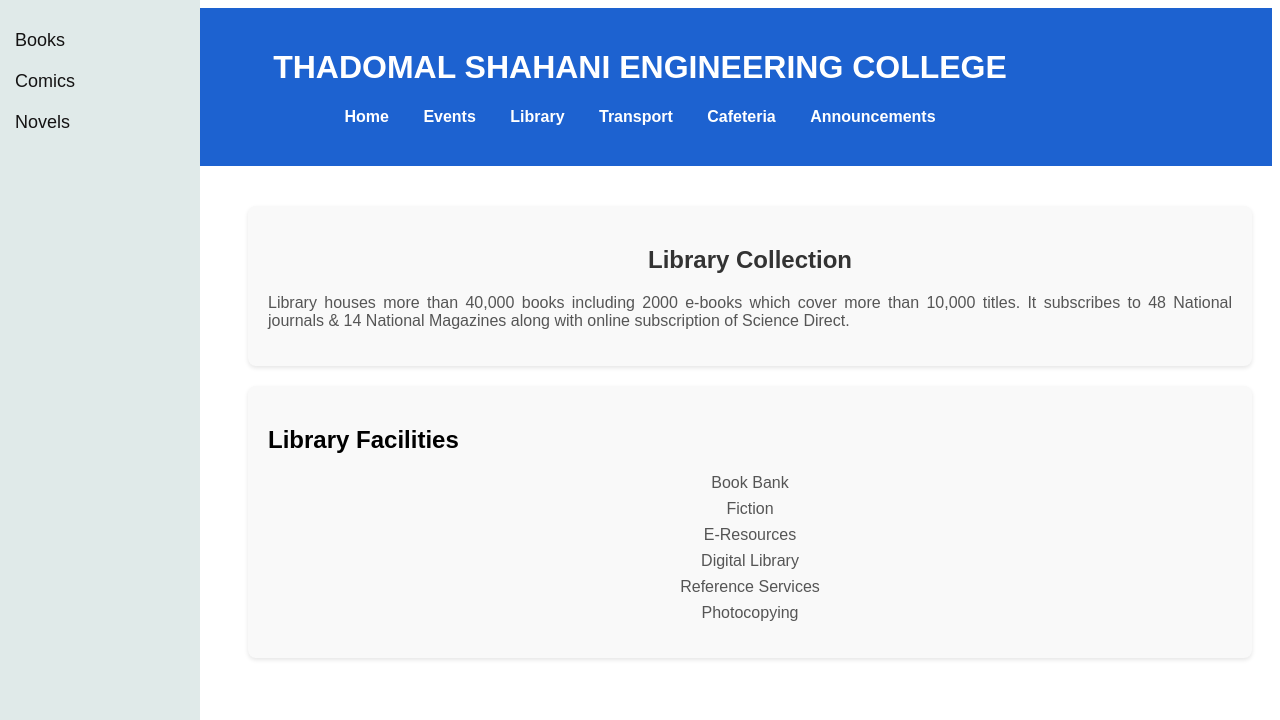
Repository: TejasS1233/MINITHON-hackathon-project
Page: Rishit.html
The author's editor kept a copy of each file at every save. The page is drawn from the files as they stood at one save, then again after the next save.
The browser window is 1280 px wide. The pictures show the whole page.

Above is the page before, as saved 2024-09-20 14:18:33.

After the next save:
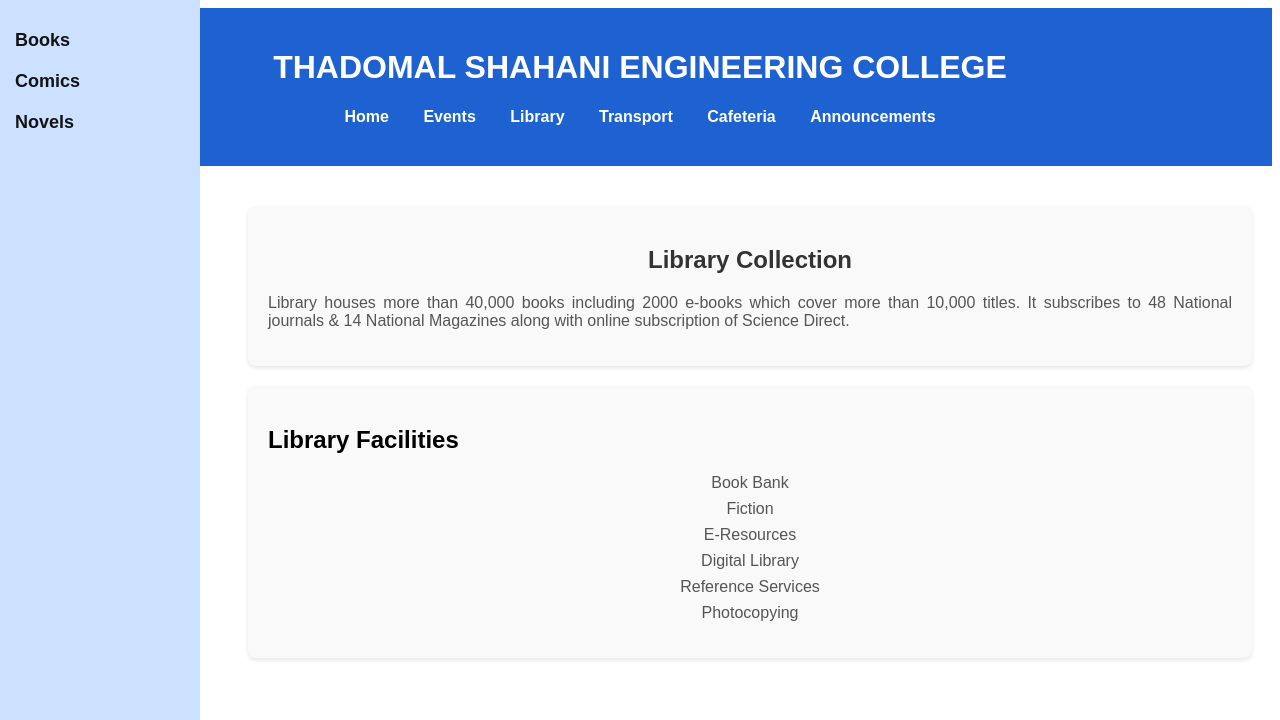
Saved 32 s later.
--- a/Rishit.html
+++ b/Rishit.html
@@ -32,7 +32,7 @@
             position: fixed;
             top: 0;
             left: 0;
-            background-color: #e0eae9;
+            background-color: #cce0ff;
             padding-top: 20px;
         }
 
@@ -42,6 +42,7 @@
             font-size: 18px;
             color: #141313;
             display: block;
+            font-weight: bold;
         }
 
         .sidebar a:hover {
